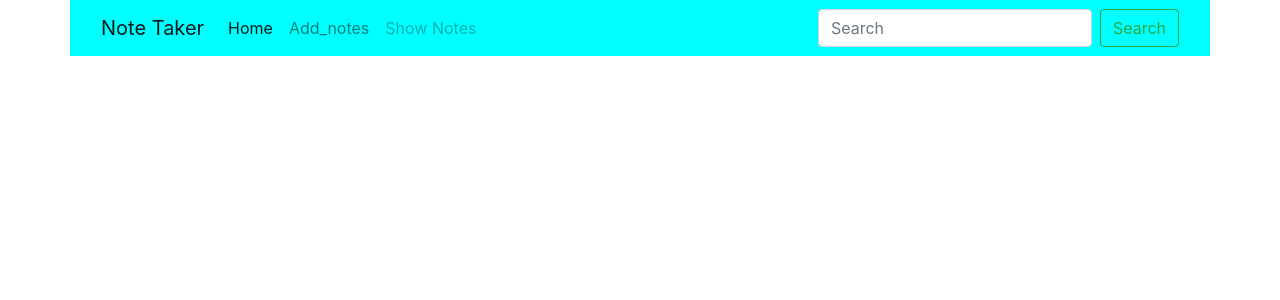
Repository: PratibhaMastud/index.jsp
Page: http://localhost/JavaWebApp/
These files come from the project's save history. The page is drawn as it stood at one moment and after the next save; the edit follows.
The browser window is 1280 px wide. The pictures show the whole page.
Some web libraries are served in a nearby version. The page is served by Tomcat 9. Other server files are loaded and not shown.

Above is the page before, as saved 2020-06-29 06:55:48.

### JavaWebApp/src/main/webapp/index.jsp
<!doctype html>
<html lang="en">
  <head>
   <meta charset="utf-8">
    <meta name="viewport" content="width=device-width, initial-scale=1, shrink-to-fit=no">
  	    <title>Home</title>
  		<%@include file="all_css_js.jsp"%>

  </head>
  <body>
<div class="container" style="background:#00ffff">
	<%@include file="navbar.jsp"%>

</div>
</body>
</html>

### JavaWebApp/src/main/webapp/all_css_js.jsp
  <!-- Required meta tags -->

    <!-- Bootstrap CSS -->
    <link rel="stylesheet"
    href="https://maxcdn.bootstrapcdn.com/bootstrap/4.0.0/css/bootstrap.min.css"
    integrity="sha384-Gn5384xqQ1aoWXA+058RXPxPg6fy4IWvTNh0E263XmFcJlSAwiGgFAW/dAiS6JXm"
    crossorigin="anonymous">

	<link href="css/style.css" rel="stylesheet"/>

   <!-- Optional JavaScript -->
    <!-- jQuery first, then Popper.js, then Bootstrap JS -->
    <script src="https://code.jquery.com/jquery-3.2.1.slim.min.js"
     integrity="sha384-KJ3o2DKtIkvYIK3UENzmM7KCkRr/rE9/Qpg6aAZGJwFDMVNA/GpGFF93hXpG5KkN"
     crossorigin="anonymous"></script>
    <script src="https://cdnjs.cloudflare.com/ajax/libs/popper.js/1.12.9/umd/popper.min.js"
    integrity="sha384-ApNbgh9B+Y1QKtv3Rn7W3mgPxhU9K/ScQsAP7hUibX39j7fakFPskvXusvfa0b4Q"
    crossorigin="anonymous"></script>
    <script src="https://maxcdn.bootstrapcdn.com/bootstrap/4.0.0/js/bootstrap.min.js"
    integrity="sha384-JZR6Spejh4U02d8jOt6vLEHfe/JQGiRRSQQxSfFWpi1MquVdAyjUar5+76PVCmYl"
    crossorigin="anonymous"></script>

### JavaWebApp/src/main/webapp/navbar.jsp
<nav class="navbar navbar-expand-lg navbar-light" style="background :#00ffff">
  <a class="navbar-brand" href="#">Note Taker</a>
  <button class="navbar-toggler" type="button" data-toggle="collapse" data-target="#navbarSupportedContent" aria-controls="navbarSupportedContent" aria-expanded="false" aria-label="Toggle navigation">
    <span class="navbar-toggler-icon"></span>
  </button>

  <div class="collapse navbar-collapse" id="navbarSupportedContent">
    <ul class="navbar-nav mr-auto">
      <li class="nav-item active">
        <a class="nav-link" href="index.jsp">Home<span class="sr-only">(current)</span></a>
      </li>
      <li class="nav-item">
        <a class="nav-link" href="add_notes.jsp">Add_notes</a>
      </li>

      <li class="nav-item">
        <a class="nav-link disabled" href="all_notes.jsp">Show Notes</a>
      </li>
    </ul>
    <form class="form-inline my-2 my-lg-0">
      <input class="form-control mr-sm-2" type="search" placeholder="Search" aria-label="Search">
      <button class="btn btn-outline-success my-2 my-sm-0" type="submit">Search</button>
    </form>
  </div>
</nav>

### JavaWebApp/src/main/webapp/css/style.css
.purple{
	background :#00ffff;
}

After the next save:
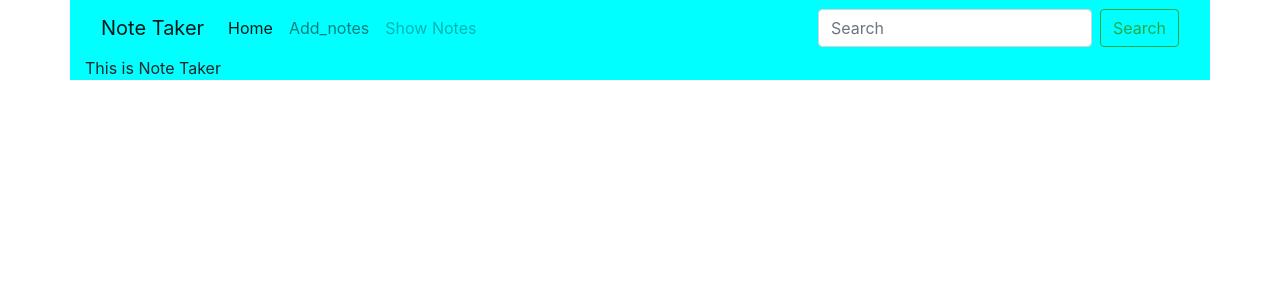
Saved 44 s later.
--- a/JavaWebApp/src/main/webapp/index.jsp
+++ b/JavaWebApp/src/main/webapp/index.jsp
@@ -10,7 +10,7 @@
   <body>
 <div class="container" style="background:#00ffff">
 	<%@include file="navbar.jsp"%>
-
+	<p>This is Note Taker</p>
 </div>
 </body>
 </html>
